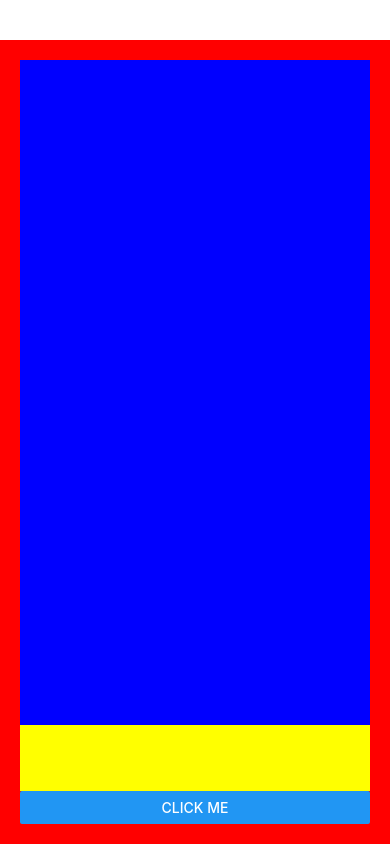
Repository: akinmiday/ReactNativeApp
Screen: /
These files come from the project's save history. The screen is drawn as it stood at one moment and after the next save; the edit follows.
The app was drawn by React Native's web renderer in a window 390 px wide. The project was rebuilt for these pictures with package versions that can differ from the ones it lists, and the page was loaded fresh each time.

Above is the screen before, as saved 2023-08-03 18:49:18.

### App.js
import { useEffect, useState } from "react";
import {
  View,
  Text,
  TextInput,
  Button,
  Alert,
  TouchableWithoutFeedback,
  Keyboard,
  TouchableOpacity,
} from "react-native";
import styles from "./styles";

export default function App() {
  const { container, label } = styles;

  return (
    <View style={container}>
      <View style={{ backgroundColor: "blue", flex: 10 }}></View>
      <View style={{ backgroundColor: "yellow", flex: 1 }}></View>
      <Button title="Click me" />
    </View>
  );
}

### styles.js
import { StyleSheet } from "react-native";

const styles = StyleSheet.create({
  container: {
    marginTop: 40,
    padding: 20,
    backgroundColor: "red",
    flex: 1,
  },
});

export default styles;

After the next save:
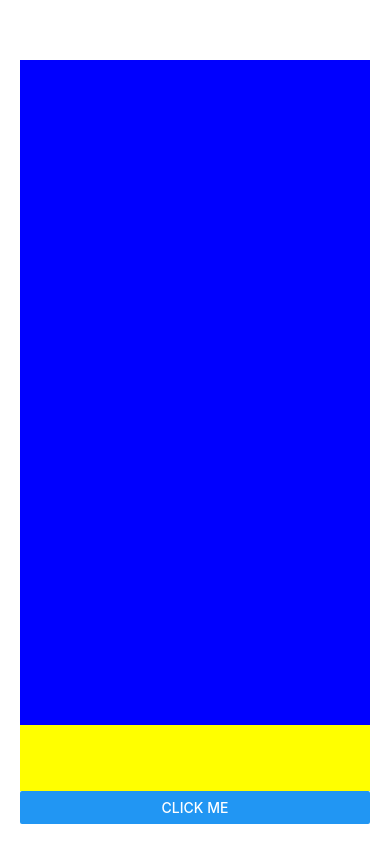
Saved 21 s later.
--- a/styles.js
+++ b/styles.js
@@ -4,7 +4,7 @@ const styles = StyleSheet.create({
   container: {
     marginTop: 40,
     padding: 20,
-    backgroundColor: "red",
+    backgroundColor: "#fff",
     flex: 1,
   },
 });
